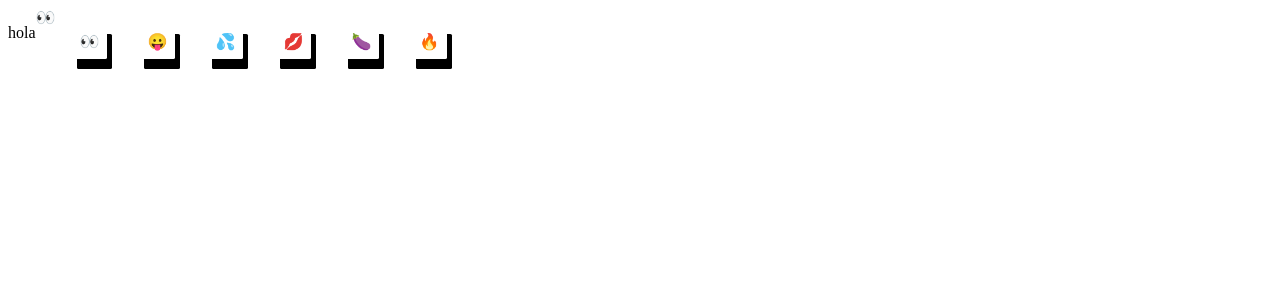
Repository: gabrielardevol/portfolio-react
Page: javascript_domestika/exercici_memory/exercici/html.html
The author's editor kept a copy of each file at every save. The page is drawn from the files as they stood at one save, then again after the next save.
The browser window is 1280 px wide. The pictures show the whole page.

Above is the page before, as saved 2022-12-21 13:12:44.

After the next save:
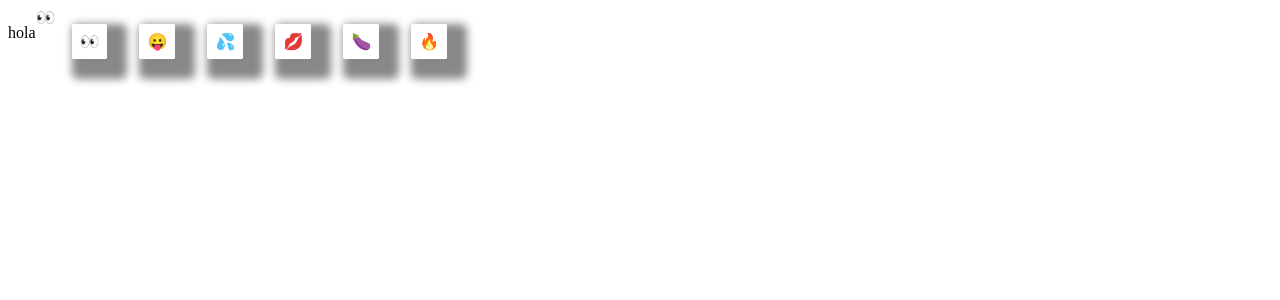
Saved 30 s later.
--- a/javascript_domestika/exercici_memory/exercici/html.html
+++ b/javascript_domestika/exercici_memory/exercici/html.html
@@ -7,7 +7,7 @@
     margin: 1em;
     padding: 0.5em;
     border-radius: 0.1em;
-    box-shadow: 5px 10px;
+    box-shadow: 10px 10px 8px 10px #888888;
   }
   #mesa {
     display: flex;
